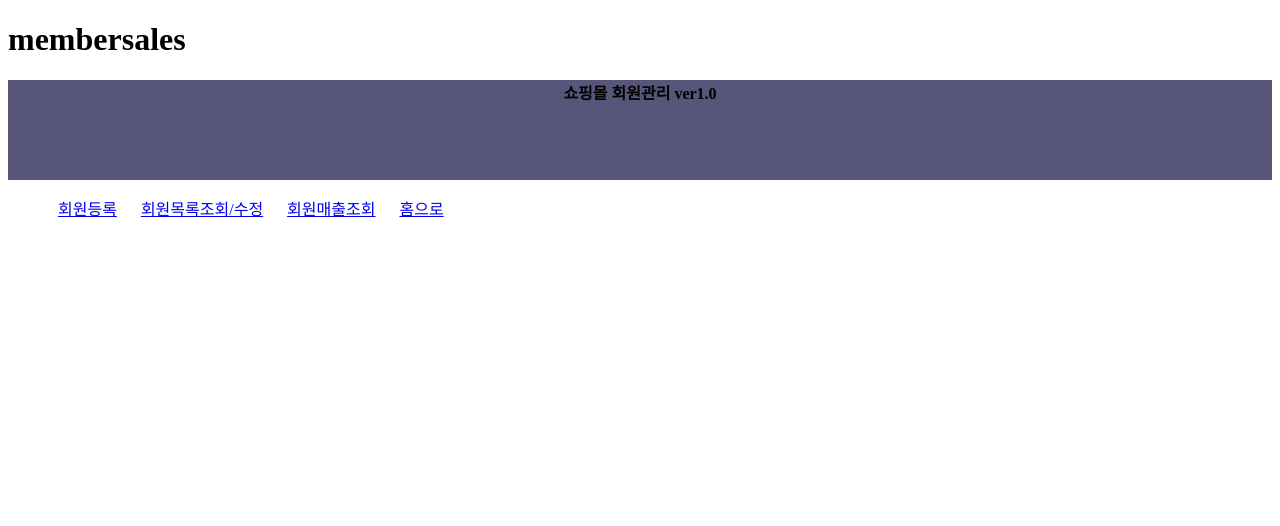
Repository: Kim-seongjun/javastudy2
Page: http://localhost/back_end_test/membersales
An editor plug-in stored every save of this project. The page is shown before and after the next save, followed by the edit.
The browser window is 1280 px wide. The pictures show the whole page.
The page is served by Tomcat 9.

Above is the page before, as saved 2020-01-22 05:53:58.

After the next save:
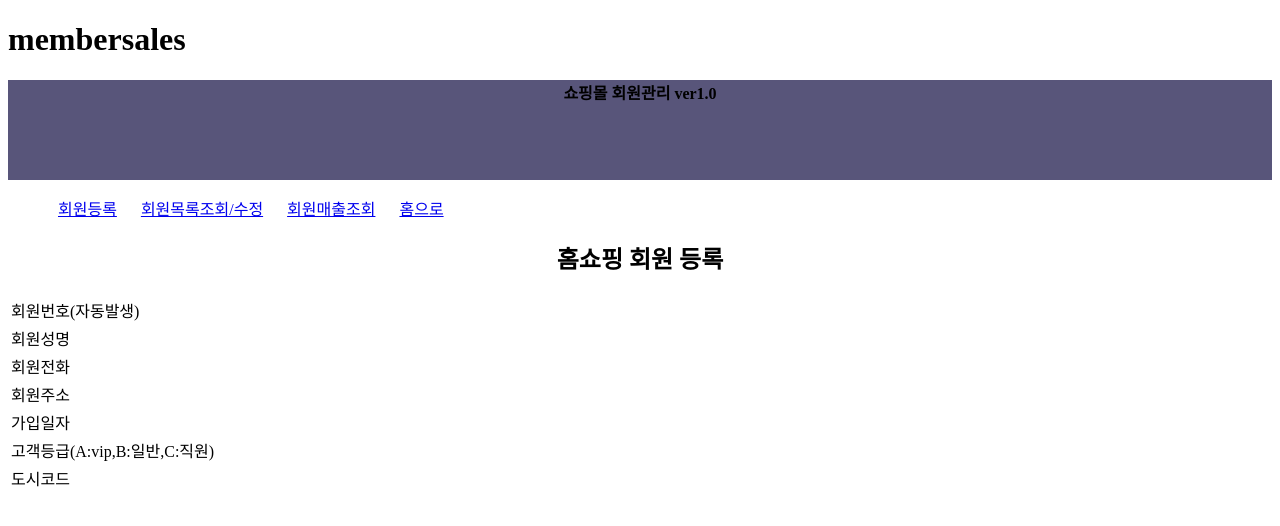
Saved 75 s later.
--- a/back_end_test/WebContent/membersales.jsp
+++ b/back_end_test/WebContent/membersales.jsp
@@ -30,5 +30,47 @@
 			<jsp:include page="nav.jsp" />
 		</div>
 	</nav>
+	<section>
+		<div>
+			<h1 style="text-align: center;">홈쇼핑 회원 등록</h1>
+		</div>
+		<div id="div_join">
+			<form action="#">
+				<table>
+					<tr>
+						<td>회원번호(자동발생)</td>
+						<td></td>
+					</tr>
+					<tr>
+						<td>회원성명</td>
+						<td></td>
+					</tr>
+					<tr>
+						<td>회원전화</td>
+						<td></td>
+					</tr>
+					<tr>
+						<td>회원주소</td>
+						<td></td>
+					</tr>
+					<tr>
+						<td>가입일자</td>
+						<td></td>
+					</tr>
+					<tr>
+						<td>고객등급(A:vip,B:일반,C:직원)</td>
+						<td></td>
+					</tr>
+					<tr>
+						<td>도시코드</td>
+						<td></td>
+					</tr>
+					<tr>
+						<td ></td>
+					</tr>
+				</table>
+			</form>
+		</div>
+	</section>
 </body>
 </html>
